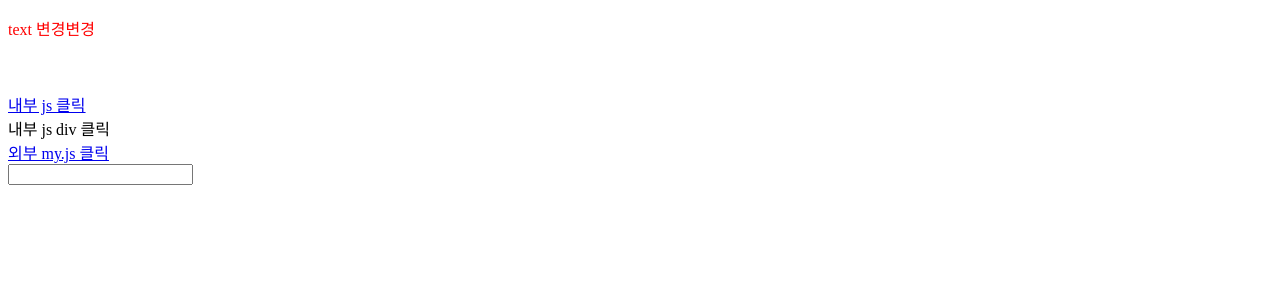
Repository: hinoky4693/workspace
Page: http://localhost/web_prj/lec_script.jsp
These files come from the project's save history. The page is drawn as it stood at one moment and after the next save; the edit follows.
The browser window is 1280 px wide. The pictures show the whole page.
The page is served by Tomcat 9. Other server files are loaded and not shown.

Above is the page before, as saved 2024-05-24 05:15:56.

### web_prj/src/main/webapp/lec_script.jsp
<%@ page language="java" contentType="text/html; charset=UTF-8"
    pageEncoding="UTF-8"%>
<!DOCTYPE html>
<html>

<head>
	<meta charset="UTF-8">
	<title>Insert title here</title>
	<script src="js/my.js"></script>
	<script src="https://code.jquery.com/jquery-3.7.1.js"></script>

	<script>
	//public int myprint(int a, int b){ syso.print... }
	function myprint(a, b){
		alert(a+b);
		console.log(a+b);
	}
	</script>

	<style>
	  p {
	    	color: red;
		}
	</style>

	<script>
		//$( document ).ready(function() {});
		//$				   	 (function() {});

		$(function() {
			$("p").text(	"text 변경변경"	);
		});

	</script>



</head>

<body>

	<p>Not loaded yet.</p> <br><br>

	<!-- Java 호출
	import webapp.js.all
	lec_script ls = new lecscript();
	ls.myprint(5,3);
 	-->

	<!-- JavaScript 호출
	<script src="js/scripts.js"></script>
	-->

	<a href="#" onClick="myprint(5,3)">내부 js 클릭</a><br>
	<div onClick="myprint(5,3)"> 내부 js div 클릭 </div>
 	<a href="#" onClick="myjsPrint()">외부 my.js 클릭</a><br>

 	<form name="logingForm">
 		<input type=hidden 	name="seq" 	 id="seq">
  		<input type=text 	name="uname" id="uname">
 	</form>

 	<!--
 	jQuery는 HTML의 클라이언트 사이드 조작을 (단순화) 하도록 설계된
 	크로스 플랫폼의 자바스크립트 라이브러리다.
 	 - <form> 제어
 	 - 조건문(if)
 	 - 반복문(for, foreach)
 	 - 전송 (Ajax)
 	-->


</body>

</html>

### web_prj/src/main/webapp/js/my.js
/**
 * my last test.
 */

function myjsPrint(){
	console.log("my.js test~~")
}

After the next save:
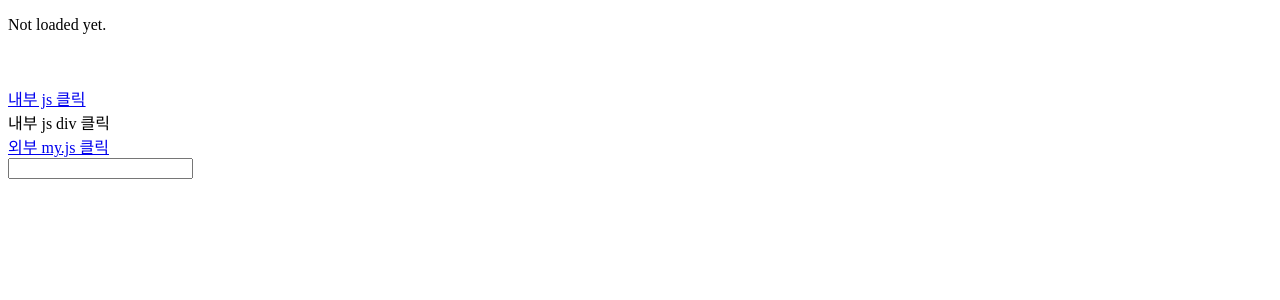
Console error: SyntaxError: Unexpected token '<'
Saved 30 s later.
--- a/web_prj/src/main/webapp/lec_script.jsp
+++ b/web_prj/src/main/webapp/lec_script.jsp
@@ -17,15 +17,16 @@
 	}
 	</script>
 
+	<script>
+		//$( document ).ready(function() {});
+		//$				   	 (function() {});
+
 	<style>
 	  p {
 	    	color: red;
+	  		font-weight:bold;
 		}
 	</style>
-
-	<script>
-		//$( document ).ready(function() {});
-		//$				   	 (function() {});
 
 		$(function() {
 			$("p").text(	"text 변경변경"	);

After the 2 saves that followed:
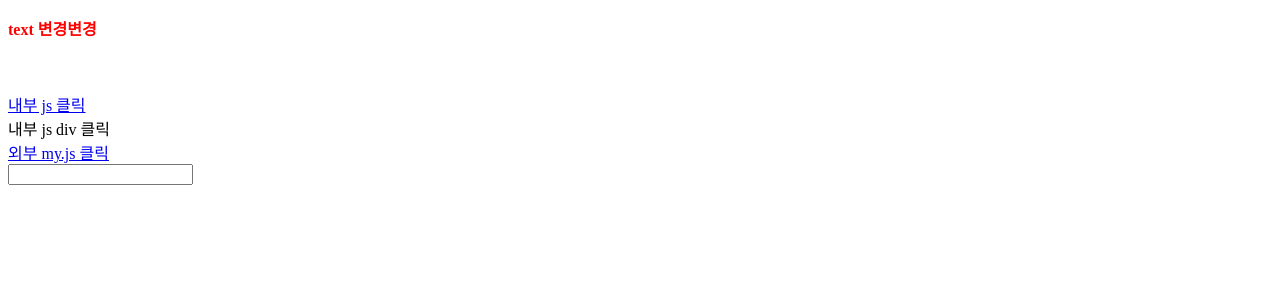
The error is gone.
The 2 saves are shown as one change because 1 left the picture as it was.
The last was saved 56 s later.
--- a/web_prj/src/main/webapp/lec_script.jsp
+++ b/web_prj/src/main/webapp/lec_script.jsp
@@ -17,16 +17,16 @@
 	}
 	</script>
 
+	<style>
+	  p {
+	    	color: red;
+	  		font-weight: bold;
+		}
+	</style>
+
 	<script>
 		//$( document ).ready(function() {});
 		//$				   	 (function() {});
-
-	<style>
-	  p {
-	    	color: red;
-	  		font-weight:bold;
-		}
-	</style>
 
 		$(function() {
 			$("p").text(	"text 변경변경"	);
